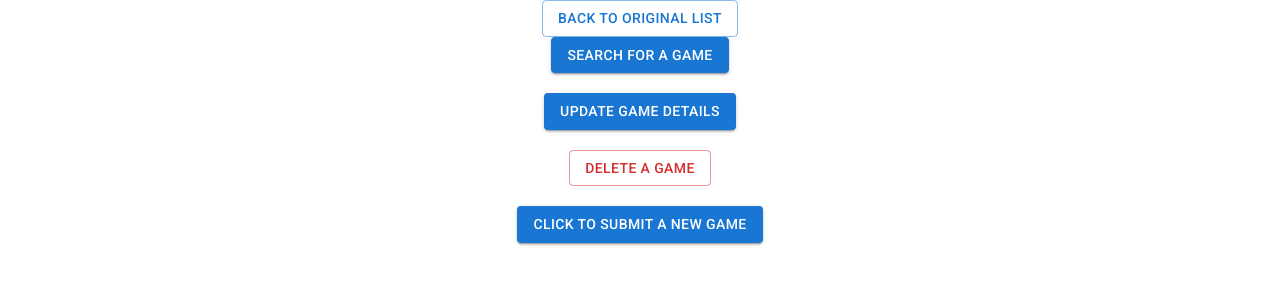
Repository: The-Software-Guild/assessment-2-react-nj10deadend
Page: / (app in Part-2/React-section/frontend/)
These files come from the project's save history. The page is drawn as it stood at one moment and after the next save; the edit follows.
The browser window is 1280 px wide. The pictures show the whole page.
The page's requests for data from a server got no answer. The project was rebuilt for these pictures with package versions that can differ from the ones it lists, and the page was loaded fresh each time. No one was signed in, and anything a server would have sent is missing. Also part of the build but not shown: Part-2/React-section/frontend/src/components/GameCards.js.

Above is the page before, as saved 2021-12-19 22:58:37.

### Part-2/React-section/frontend/public/index.html
<!DOCTYPE html>
<html lang="en">
  <head>
    <meta charset="utf-8" />
    <link rel="icon" href="%PUBLIC_URL%/favicon.ico" />
    <meta name="viewport" content="width=device-width, initial-scale=1" />
    <meta name="theme-color" content="#000000" />
    <meta name="viewport" content="initial-scale=1, width=device-width" />
    <meta
      name="description"
      content="Web site created using create-react-app"
    />
    <link rel="apple-touch-icon" href="%PUBLIC_URL%/logo192.png" />
    <!--
      manifest.json provides metadata used when your web app is installed on a
      user's mobile device or desktop. See https://developers.google.com/web/fundamentals/web-app-manifest/
    -->
    <link rel="manifest" href="%PUBLIC_URL%/manifest.json" />
    <!--
      Notice the use of %PUBLIC_URL% in the tags above.
      It will be replaced with the URL of the `public` folder during the build.
      Only files inside the `public` folder can be referenced from the HTML.

      Unlike "/favicon.ico" or "favicon.ico", "%PUBLIC_URL%/favicon.ico" will
      work correctly both with client-side routing and a non-root public URL.
      Learn how to configure a non-root public URL by running `npm run build`.
    -->
    <link
      rel="stylesheet"
      href="https://fonts.googleapis.com/css?family=Roboto:300,400,500,700&display=swap"
    />
    <link
      rel="stylesheet"
      href="https://fonts.googleapis.com/icon?family=Material+Icons"
    />
    <title>React App</title>
  </head>
  <body>
    <noscript>You need to enable JavaScript to run this app.</noscript>
    <div id="root"></div>
    <!--
      This HTML file is a template.
      If you open it directly in the browser, you will see an empty page.

      You can add webfonts, meta tags, or analytics to this file.
      The build step will place the bundled scripts into the <body> tag.

      To begin the development, run `npm start` or `yarn start`.
      To create a production bundle, use `npm run build` or `yarn build`.
    -->
  </body>
</html>

### Part-2/React-section/frontend/src/index.css
body {
  margin: 0;
  font-family: -apple-system, BlinkMacSystemFont, 'Segoe UI', 'Roboto', 'Oxygen',
    'Ubuntu', 'Cantarell', 'Fira Sans', 'Droid Sans', 'Helvetica Neue',
    sans-serif;
  -webkit-font-smoothing: antialiased;
  -moz-osx-font-smoothing: grayscale;
}

code {
  font-family: source-code-pro, Menlo, Monaco, Consolas, 'Courier New',
    monospace;
}

.imgs {
  height: 300px;
  width: 300px;
  border-radius: 5px;
}
.game-cards {
  border-color: lightblue;
  border-style: outset;
}
.divider {
  border-top: 1px dotted lightblue;
}

#outlined-basic1 {
  height: 7px;
  width: 200px;
}
#outlined-basic2 {
  height: 7px;
  width: 200px;
}
#outlined-basic3 {
  height: 7px;
  width: 200px;
}
#outlined-basic4 {
  height: 7px;
  width: 200px;
}
#outlined-basic5 {
  height: 7px;
  width: 200px;
}
#outlined-basic6 {
  height: 7px;
  width: 200px;
}
#outlined-basic7 {
  height: 7px;
  width: 200px;
}
#outlined-basic8 {
  height: 7px;
  width: 200px;
}

### Part-2/React-section/frontend/src/App.js
import './App.css';
import Home from './components/Home';
import AddGameForm from './components/AddGameForm';
import GameSearch from './components/GameSearch';
import UpdateGame from './components/UpdateGame';
import DeleteGame from './components/DeleteGame';
import axios from 'axios';
import {useState, useEffect} from 'react';
import Container from '@mui/material/Container';
import Typography from '@mui/material/Typography';

// import {Container} from '@mui/material';
import Button from '@mui/material/Button';

function App() {

  const [gameData, setGameData] = useState([]);

  function getFetchGameServer () {
    axios.get(`http://localhost:8080/allGames`)
      .then(res => {
        setGameData(res.data)
      })

  }

  useEffect(getFetchGameServer, []);

  return (
    <Container fluid className="App">


      <Button variant="outlined"onClick={getFetchGameServer}>Back to Original List</Button>
      <GameSearch setGameData={setGameData}/>
      <br></br>
      <UpdateGame getFetchGameServer={getFetchGameServer}/>
      <br></br>
      <DeleteGame getFetchGameServer={getFetchGameServer} />
      <br></br>
      <AddGameForm setGameData={setGameData}/>
      <br></br>


      <Home gameData={gameData}/>

    </Container>

  );
}

export default App;

### Part-2/React-section/frontend/src/components/Home.js
import GameCards from "./GameCards";


function Home ({gameData}) {

    const renderGameData = gameData.map(eachGame => {
        return (
            <GameCards key={eachGame._id} eachGame={eachGame} />
        )
    })
    return (
        <div>
            {renderGameData}

        </div>
    )
}

export default Home;

### Part-2/React-section/frontend/src/components/AddGameForm.js
import {useState, useEffect} from 'react';
import axios from 'axios';
import Button from '@mui/material/Button';
import SendIcon from '@mui/icons-material/Send';
import TextField from '@mui/material/TextField';


function AddGameForm ({setGameData}) {

    const [clicked, setClicked] = useState(false);
    const [submitted, setSubmitted] = useState(false);
    const [name, setName] = useState("");
    const [img, setImg] = useState("");
    const [crossPlatform, setCrossPlatform] = useState("");
    const [price, setPrice] = useState("");
    const [genres, setGenres] = useState(["", "", ""]);
    const buttonText = clicked ? "Hide Submission Form" : "Click to Submit a New Game"

    function postRequest() {
        return axios.post('http://localhost:8080/allGames', {
            name: name,
            img: img,
            cross_platform: crossPlatform,
            price: price,
            genres: genres
        })
        .then(function (response) {
            console.log(response);
            return response.data;
        })
        .catch(function (error) {
            console.log(error);
            return null;
        });
    }

    async function onSubmit(event) {
        event.preventDefault();
        setName("");
        setImg("");
        setCrossPlatform("");
        setPrice("");
        setGenres(["", "", ""]);
        const newGame = await postRequest();
        setGameData((oldInfo)=> {
            // console.log(oldInfo)
            return [...oldInfo, newGame]
        })
    }

    return (
        <div>
            <Button variant="contained" onClick={() => {setClicked(!clicked)}}>{buttonText}</Button>
            {clicked && (
                <form onSubmit={onSubmit}>
                <div>
                    <label for="name">Name</label>
                    <br></br>
                    <br></br>
                    <TextField id="outlined-basic2" label="Enter name"
                    variant="outlined"
                    onChange={(event) => {setName(event.target.value)}}
                    value = {name}
                    />
                </div>
                <div>
                    <label for="img">Image Url</label>
                    <br></br>
                    <br></br>
                    <TextField id="outlined-basic3" label="Enter Image URL"
                    variant="outlined"
                    onChange={(event) => {setImg(event.target.value)}}
                    value = {img}
                    />
                </div>
                <div>
                    <label for="cross platform">Cross Platform</label>
                    <br></br>
                    <br></br>
                    <TextField id="outlined-basic4" label="Enter True or False"
                    variant="outlined"
                    onChange={(event) => {setCrossPlatform(event.target.value)}}
                    value = {crossPlatform}
                    />
                </div>
                <div>
                    <label for="price">Price</label>
                    <br></br>
                    <br></br>
                    <TextField id="outlined-basic5" label="Enter price of game"
                    variant="outlined"
                    onChange={(event) => {setPrice(event.target.value)}}
                    value = {price}
                    />
                </div>
                <div>
                    <label for="genres">Genres</label>
                    <br></br>
                    <br></br>
                    <TextField id="outlined-basic6" label="Enter first genre category"
                    variant="outlined"
                    onChange={(event) => {setGenres([event.target.value, genres[1], genres[2]])}}
                    value = {genres[0]}
                    />
                    <br></br>
                    <br></br>
                    <TextField id="outlined-basic7" label="Enter second genre category"
                    variant="outlined"
                    onChange={(event) => {setGenres([genres[0], event.target.value, genres[2] ])}}
                    value = {genres[1]}
                    />
                    <br></br>
                    <br></br>
                    <TextField id="outlined-basic8" label="Enter third genre category"
                    variant="outlined"
                    onChange={(event) => {setGenres([genres[0], genres[1], event.target.value])}}
                    value = {genres[2]}
                    />

                </div>
                <Button variant="contained" endIcon={<SendIcon />} type="submit">Submit new Game</Button>

            </form>
            )}


        </div>
    )
}

export default AddGameForm;

### Part-2/React-section/frontend/src/components/GameSearch.js
import {useState} from 'react';
import axios from 'axios';
import Button from '@mui/material/Button';
import TextField from '@mui/material/TextField';

function GameSearch ({setGameData}) {

    const [searchId, setSearchId] = useState("");
    const [clicked, setClicked] = useState(false);

    const searchGameText = clicked ? "Hide Search Form" : "Search for a Game"

    function getFetchOneGame () {
        axios.get(`http://localhost:8080/allGames/${searchId}`)
          .then(res => {
            setGameData([res.data])
        })

    }

    function onSearch(event) {
        event.preventDefault()
        setSearchId("");
        getFetchOneGame();
    }

    return (
        <div>
            <Button variant="contained" onClick={() => {setClicked(!clicked)}}>{searchGameText}</Button>
            {clicked && (
                <form onSubmit={onSearch}>
                    <br></br>
                    <TextField id="outlined-basic" label="Search for game by Entering its ID"
                    variant="outlined"
                    onChange={(event) => {setSearchId(event.target.value)}}
                    value = {searchId}
                    />
                    <br></br>
                    <Button variant="outlined" type="submit">Search</Button>
                </form>
            )}
        </div>
    )
}

export default GameSearch;

### Part-2/React-section/frontend/src/components/UpdateGame.js
import {useState} from 'react';
import axios from 'axios';
import Button from '@mui/material/Button';
import Box from '@mui/material/Box';
import TextField from '@mui/material/TextField';
import SendIcon from '@mui/icons-material/Send';



function UpdateGame ({getFetchGameServer}) {
    const [name, setName] = useState("");
    const [img, setImg] = useState("");
    const [crossPlatform, setCrossPlatform] = useState("");
    const [price, setPrice] = useState("");
    const [genres, setGenres] = useState(["", "", ""]);

    const [clicked, setClicked] = useState(false);
    const [searchId, setSearchId] = useState("");

    const updateButtonText = clicked ? "Hide Update Form" : "Update game details"

    async function patchRequest () {
        await axios.patch(`http://localhost:8080/allGames/update/${searchId}`,  {
            name: name,
            img: img,
            cross_platform: crossPlatform,
            price: price,
            genres: genres
        })
    }

    async function updateChanges (event) {
        event.preventDefault();
        await patchRequest();
        getFetchGameServer();
        setSearchId("");
        setName("");
        setImg("");
        setCrossPlatform("");
        setPrice("");
    }
    return (
        <Box sx={{ borderRadius: '50%' }}>
            <Button variant="contained" onClick={() => {setClicked(!clicked)}}>{updateButtonText}</Button>
            {clicked && (
                <div>
                    <br></br>
                    <form onSubmit={updateChanges}>
                        <div>
                            <label for="game-id">Game ID</label>
                            <br></br>
                            <br></br>
                            <TextField id="outlined-basic1" label="Enter ID of Game you want to update"
                            variant="outlined"
                            onChange={(event) => {setSearchId(event.target.value)}}
                            value = {searchId}
                            />
                        </div>
                        <div>
                            <label for="name">Name</label>
                            <br></br>
                            <br></br>
                            <TextField id="outlined-basic2" label="Enter name"
                            variant="outlined"
                            onChange={(event) => {setName(event.target.value)}}
                            value = {name}
                            />
                        </div>
                        <div>
                            <label for="img">Image Url</label>
                            <br></br>
                            <br></br>
                            <TextField id="outlined-basic3" label="Enter Image URL"
                            variant="outlined"
                            onChange={(event) => {setImg(event.target.value)}}
                            value = {img}
                            />
                        </div>
                        <div>
                            <label for="cross platform">Cross Platform</label>
                            <br></br>
                            <br></br>
                            <TextField id="outlined-basic4" label="Enter True or False"
                            variant="outlined"
                            onChange={(event) => {setCrossPlatform(event.target.value)}}
                            value = {crossPlatform}
                            />
                        </div>
                        <div>
                            <label for="price">Price</label>
                            <br></br>
                            <br></br>
                            <TextField id="outlined-basic5" label="Enter price of game"
                            variant="outlined"
                            onChange={(event) => {setPrice(event.target.value)}}
                            value = {price}
                            />
                        </div>
                        <div>
                            <label for="genres">Genres</label>
                            <br></br>
                            <br></br>
                            <TextField id="outlined-basic6" label="Enter first genre category"
                            variant="outlined"
                            onChange={(event) => {setGenres([event.target.value, genres[1], genres[2]])}}
                            value = {genres[0]}
                            />
                            <br></br>
                            <br></br>
                            <TextField id="outlined-basic7" label="Enter second genre category"
                            variant="outlined"
                            onChange={(event) => {setGenres([genres[0], event.target.value, genres[2] ])}}
                            value = {genres[1]}
                            />
                            <br></br>
                            <br></br>
                            <TextField id="outlined-basic8" label="Enter third genre category"
                            variant="outlined"
                            onChange={(event) => {setGenres([genres[0], genres[1], event.target.value])}}
                            value = {genres[2]}
                            />

                        </div>
                        <Button variant="contained" endIcon={<SendIcon />} type="submit">Submit Changes</Button>

                    </form>
                </div>
            )}


        </Box>
    )
}

export default UpdateGame;

### Part-2/React-section/frontend/src/components/DeleteGame.js
import axios from 'axios';
import {useState} from 'react';
import Button from '@mui/material/Button';
import DeleteIcon from '@mui/icons-material/Delete';
import TextField from '@mui/material/TextField';


function DeleteGame ({getFetchGameServer}) {

    const [searchId, setSearchId] = useState("");
    const [clicked, setClicked] = useState(false);

    const deleteText = clicked ? "Hide Delete Form" : "Delete A Game"

    async function deleteGame () {
        await axios.delete(`http://localhost:8080/allGames/delete/${searchId}`)
    }

    async function onSubmit (event) {
        event.preventDefault();
        await deleteGame();
        getFetchGameServer();
        setSearchId("");

    }
    return (
        <div>
            <Button variant="outlined" color="error" onClick={() => {setClicked(!clicked)}}>{deleteText}</Button>
            {clicked && (
                <form onSubmit={onSubmit}>
                    <br></br>
                    <div>
                    <TextField id="outlined-basic" label="Enter ID of game you want deleted"
                    variant="outlined"
                    onChange={(event) => {setSearchId(event.target.value)}}
                    value = {searchId}
                    />
                    </div>
                    <br></br>
                    <div>
                        <Button type="submit" variant="outlined" color="error" startIcon={<DeleteIcon />}>Delete Game</Button>
                    </div>
                </form>
            )}

        </div>
    )
}
export default DeleteGame;

Loaded but not shown: Part-2/React-section/frontend/src/index.js (common file); Part-2/React-section/frontend/src/reportWebVitals.js (common file); Part-2/React-section/frontend/src/App.css (common file)

After the next save:
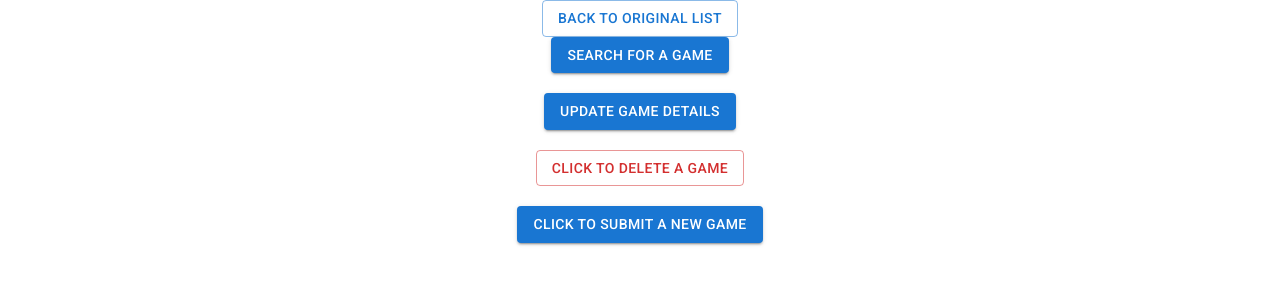
Saved 43 s later.
--- a/Part-2/React-section/frontend/src/components/DeleteGame.js
+++ b/Part-2/React-section/frontend/src/components/DeleteGame.js
@@ -10,7 +10,7 @@ function DeleteGame ({getFetchGameServer}) {
     const [searchId, setSearchId] = useState("");
     const [clicked, setClicked] = useState(false);
 
-    const deleteText = clicked ? "Hide Delete Form" : "Delete A Game"
+    const deleteText = clicked ? "Hide Delete Form" : "Click to Delete A Game"
 
     async function deleteGame () {
         await axios.delete(`http://localhost:8080/allGames/delete/${searchId}`)
